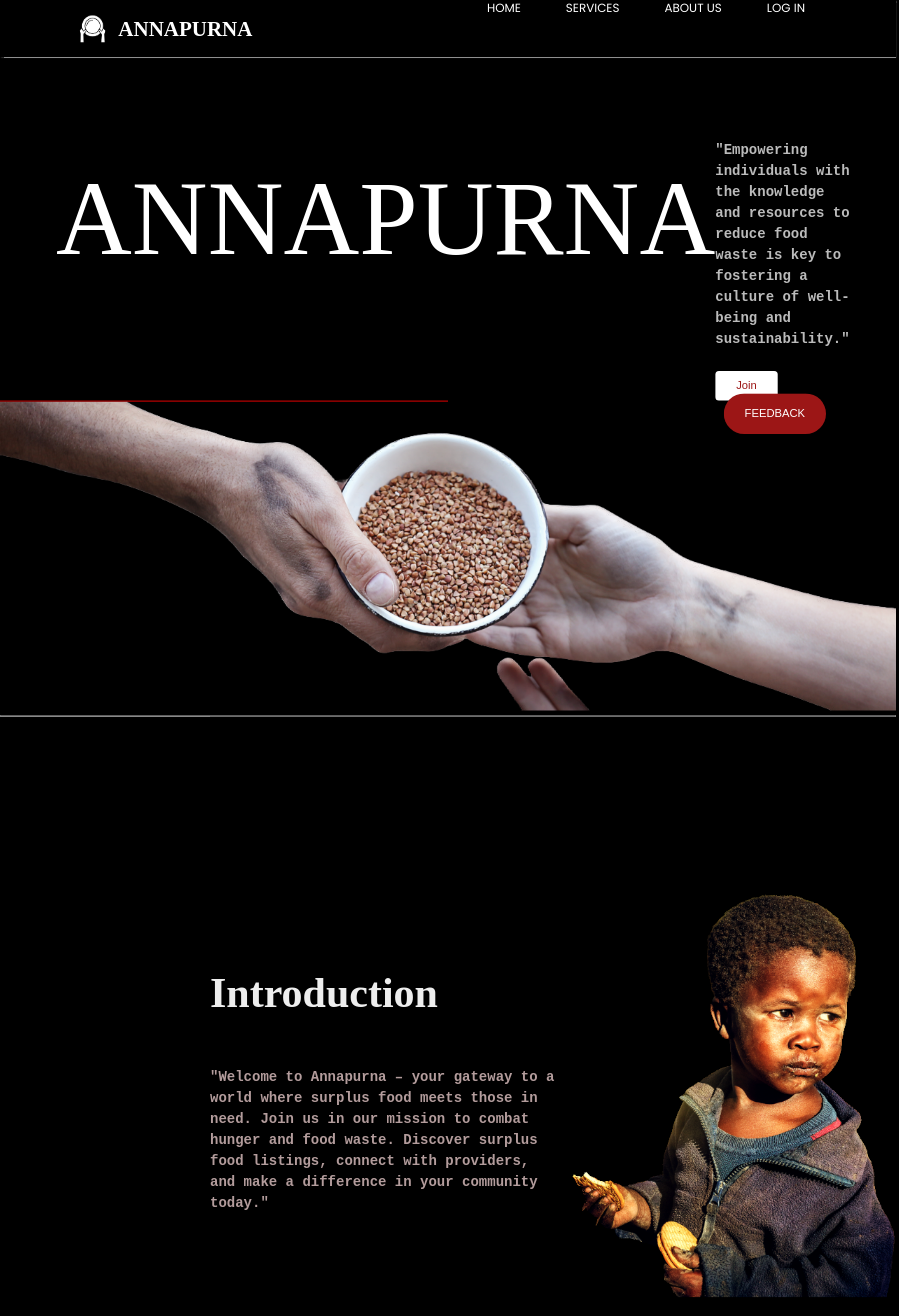
Repository: letscodeshivansh/Annapurna-fullstack-
Page: http://localhost/
An editor plug-in stored every save of this project. The page is shown before and after the next save, followed by the edit.
The browser window is 1280 px wide. The page is 1284 px wide, so the pictures cover 1284 px, including what lies to the right of the window. The pictures show the part of the page from y = 0 to 1880 px (the page is 4659 px tall), at 70% of full size.
Some web fonts or font styles are not loaded; a fallback is used. Some web libraries are served in a nearby version. The page is served by the project's Node server (src/server.js).

Above is the page before, as saved 2024-06-13 18:49:22.

### templates/landing.ejs
<!--<?php
    session_start();


        include("connection.php");
        include("functions.php");

        $user_data = check_login($con);

    ?>-->

    <!DOCTYPE html>
    <html lang="en">
    <head>
        <meta charset="UTF-8">
        <meta name="viewport" content="width=device-width, initial-scale=1.0">
        <title>Annapurna</title>
        <style>
           @font-face {
                font-family: "heading-font";
                src: url('annapurna/Noto_Serif/NotoSerif-VariableFont_wdth,wght.ttf');
            }
        </style>
        <link rel = "stylesheet" href="style.css">
        <script src="https://kit.fontawesome.com/a076d05399.js" crossorigin="anonymous"></script>
        <link rel="stylesheet" href="https://use.fontawesome.com/releases/v5.6.3/css/all.css" integrity="sha384-UHRtZLI+pbxtHCWp1t77Bi1L4ZtiqrqD80Kn4Z8NTSRyMA2Fd33n5dQ8lWUE00s/" crossorigin="anonymous">

    </head>
    <body>

    <!--main landing page-->
        <div class="container4">
            <nav>
                <input type="checkbox" id="check">
                <label for = "check" class="checkbtn">
                    <i class="fas fa-bars" style="cursor: pointer;"></i>
                </label>

                <img src="mainlogo-photoaidcom-invert-removebg-preview.png" alt="" style="height: 64px; width:64px; margin-top: 9px; margin-left: 100px">
                <label class="logo" style="padding-left: 5px; font-family: heading-font; position: fixed;padding-top:19px">ANNAPURNA</label>


                <ul>

                    <li><a href="#">HOME</a></li>
                    <li><a href="#">SERVICES</a></li>
                    <li><a href="aboutus">ABOUT US</a></li>
                    <li><a href="login">LOG IN</a></li>

                </ul>
            </nav>


            <div style="display: flex; justify-content: space-between;">
                <div>

                    <h1 class = "logos" style = "font-family: heading-font;">ANNAPURNA</h1>
                </div>

                <div class="moto" style="padding-top: 200px; padding-bottom: 0px; padding-right: 70px; width: 25%; font-size:20px; color: rgb(187, 187, 187);">
                    <h4 style = "font-family: monospace; ">
                        "Empowering individuals with the knowledge and resources to reduce food waste is key to fostering a culture of well-being and sustainability."
                    </h4>
                    <div><a href="#">
                        <a href="login">
                        <button class = "btn btn-info btn-lg" style="cursor: pointer;">
                            Join
                        </button></a>
                        </a>
                    </div>

                </div>
            </div><hr class="hr1" color="red" />
            <div class = "hands">

                <img src="2.png" style="width: 100%;">
                <hr class="hr2"/>
            </div>

        </<div>


    <!--introduction-->
        <div class="container3" >
            <div class="slide1">

                <div class="intro">
                    <h2 style = "font-family: heading-font;">Introduction</h2>
                    <br>

                    <h4 style = "font-family: monospace; font-size:20px;">"Welcome to Annapurna – your gateway to a world where surplus food meets those in need. Join us in our mission to combat hunger and food waste. Discover surplus food listings, connect with providers, and make a difference in your community today."</h4>
                </div>


                <div class="intropic">

                    <img src = "9-png.png" >
                </div>
            </div>


        </div>
        <hr/>
    <!--About-->
        <div class="container5">
            <div class="slide3" style="background: linear-gradient(454deg, #9574ff, #ff5353);">
                <div class="about">
                    <h2 style = "font-family: heading-font;">
                        ABOUT
                    </h2>
                    <br>
                    <br>
                    <h3 style = "font-family: monospace; font-size:20px;">
                        Annapurna Premium is an innovative platform that revolutionizes the way surplus food is managed, connecting food providers with consumers and donors to combat hunger and food waste. Building upon the success of our standard Annapurna website, Annapurna Premium offers enhanced features and services tailored to meet the diverse needs of our users.
                    </h3>
                    <br>
                    <h3 style = "font-family: monospace; font-size:20px;">
                        Our mission is simple yet profound: to create a world where no one goes hungry and where surplus food is utilized to its fullest potential. With Annapurna Premium, food providers have the opportunity to sell or donate surplus food on a daily or regular basis, empowering them to generate income while making a positive impact on their communities.
                    </h3>
                </div>
            </div>
        </div>

    <!--Our team-->

        <div class="container6">
            <div class="slide4">
                <div class="team">
                    <h2 style = "font-family: heading-font;">
                        OUR TEAM
                    </h2>
                    <br>
                </div>
                <div class="pics">
                    <div class="parth">
                        <img src="parth.jpeg" alt="">
                        <h1 style = "font-family: monospace; font-size:20px;">Parth Sauguny</h1>
                        <p style="font-size: 20px">Project <br>Documentation <br>& Reporting</p>

                    </div>

                    <div class="shivansh">
                        <img src="shivansh.jpg" alt="">
                        <h1 style = "font-family: monospace; font-size:20px;">Shivansh Srivastava</h1>
                        <p style="font-size: 20px">Team <br>Management <br>& Leadership</<p>
                    </div>
                    <div class="sourav">
                        <img src="sotrav1.jpeg" alt="">
                        <h1 style = "font-family: monospace; font-size:20px;">Sourav Kispotta</h1>
                        <p style="font-size: 20px">Technical <br>Oversight &<br> Decision-Making</p>
                    </div>
                </div>
            </div>
        </div>


    <!--footer-->
        <hr>
        <div class="container">
            <footer class="footer">
                <div class="container2">
                    <div class="row">
                        <div class="footer-col">
                            <h4>company</h4>
                            <ul>
                                <li><a href="#">about us</a></li>
                                <li><a href="#">our services</a></li>
                                <li><a href="#">privacy policy</a></li>
                                <li><a href="#">affiliate program</a></li>
                            </ul>
                        </div>
                        <div class="footer-col">
                            <h4>get help</h4>
                            <ul>
                                <li><a href="#">FAQ</a></li>
                                <li><a href="#">shipping</a></li>
                                <li><a href="#">returns</a></li>
                                <li><a href="#">order status</a></li>
                                <li><a href="#">payment options</a></li>
                            </ul>
                        </div>

                        <div class="footer-col">
                            <h4>follow us</h4>
                            <div class="social-links">
                                <a href="#"><i class="fab fa-facebook-f"></i></a>
                                <a href="#"><i class="fab fa-twitter"></i></a>
                                <a href="https://www.instagram.com/annapurna0.official?utm_source=ig_web_button_share_sheet&igsh=ZDNlZDc0MzIxNw=="><i class="fab fa-instagram"></i></a>
                                <a href="#"><i class="fab fa-linkedin-in"></i></a>
                            </div>
                        </div>
                    </div>
                    <div class="tnc" style="color: white;">
                        Terms & Conditions
                    </div>
                </div>

            </footer>
        </div>

    <!--Sticky feedback button-->
        <div class="container7">
            <div class="stickybutton">
                <a href="feedback.html">
                <button class = "btn btn-info btn-lg" style="cursor: pointer; bottom: 50px;">
                    FEEDBACK

                </button>
                </a>
            </div>
        </div>
    </body>
    </html>

### src/mongodb.js
const mongoose = require("mongoose");

// Retrieve MongoDB connection URI from environment variable
const mongoURI = process.env.MONGODB_URI || "mongodb://127.0.0.1:27017/Annapurna";

mongoose.connect(mongoURI, { useNewUrlParser: true, useUnifiedTopology: true })
  .then(() => {
    console.log("MongoDB connected");
  })
  .catch((error) => {
    console.error("MongoDB connection error:", error);
  });

const userSchema = new mongoose.Schema({
  username: {
    type: String,
    required: true,
    unique: true // Ensure username is unique
  },
  password: {
    type: String,
    required: true
  }
});

const foodSchema = new mongoose.Schema({
    title: {
      type: String,
      required: true
    },
    description: {
      type: String,
      required: true
    },
    deadline: {
      type: Date,
      required: true
    },
    price: {
      type: Number,
      required: true // Ensure price is required
    },
    images: [{
      type: String, // Assuming that we will store image URLs as strings
    }],
    feeder: {
      type: String,
      required: true
    }
});

// Create and export the User model
const User = mongoose.model('User', userSchema);
const Food = mongoose.model('Food', foodSchema);

module.exports = { User, Food };

### public/style.css
@import url('https://fonts.googleapis.com/css2?family=Poppins:wght@200;300;400;500;600;700&display=swap');
*{
    padding: 0;
    margin: 0;
    text-decoration: none;
    list-style: none;
    box-sizing: border-box;
    background: rgb(0, 0, 0);
}

body{
    font-family: "Poppins" ;
}
.moto{
    font-size: 80px;
    padding-top: 150px;
    padding-bottom: 0px;
    padding-right: 80px;
    width: 40%;
    color: rgb(187, 187, 187);

}

.moto button{
    background-color: #ffffff; /* Green */
    border: none;
    color: #9c1616;
    padding: 12px 30px;
    text-align: center;
    text-decoration: none;
    display: inline-block;
    font-size: 16px;
    border-radius: 5px;
    margin-top: 30px;

}

.moto h4:hover{
    color: #9c1616;
	margin-left: 20px;
    transition: all 0.5s ease;

}
.moto button:hover{
    color: white;
    background-color: #9c1616;
    margin-left: 20px;
    transition: all 0.5s ease;
}


.logos{
    position: relative;
    font-size:150px;
    color: white;
    font-weight: 450;
    padding-left: 80px;
    padding-bottom: 0;
    padding-top: 200px;

}

.logos:hover{
    position: relative;
    padding-left: 100px;
    transition: all 0.5s ease-in-out;
    color: #666666;
}


nav{
    height: 82px;
    width: 100%;
    box-shadow: 2px 1px 2px #eee;
    position: fixed;

    transition: 0.6s;
    z-index: 100000;

}



nav ul{
    float: right;
    margin-right: 100px;
}

nav ul li{
    display: inline-block;
    line-height:20px;
    margin: 0 15px;
    justify-content: space-between;
    object-fit: contain;
}


nav ul li a{

    color:white;
    font-size: 17px;
    border-radius: 30px;
    padding: 10px 15px;
    text-transform: uppercase;
}

a.active,a:hover{
    color: #b92f2f;
    cursor: pointer;
    background: none;
    padding-right: 20px;
    transition: all 0.5s ease;


}

.checkbtn{
    font-size: 30px;
    color: rgb(255, 255, 255);
    float: right;
    line-height:78px;
    margin-right:40px;
    cursor: pointer;
    display: none;
}
label.logo{
    color: white;
    font-size: 30px;
    padding-top: 25px ;
    position: fixed;
    cursor: pointer;
    font-weight:600;





}
#check{
    display: none;

}
.hr1{
    color: red;
    width: 50%;
    margin-inline-end: 0;
}
.hands:hover{
    padding-left: 15px;
    transition:all 0.5s ease;
}


@media (max-width: 952px){
    label.logo{
        font-size: 30px;
        padding-left: 30px;
    }

    .logos{
        display: none;
    }
    nav ul li a{
        font-size: 16px;
    }
}
@media (max-width: 858px){



    .checkbtn{
        display: block;

    }

    nav{
        height: 78px;
        box-shadow: 2px 1px 2px #eee;
    }
    ul{
        position:fixed;
        width: 100%;
        height: 100vh;
        top: 80px;
        left: -100%;
        text-align: center;
        transition: all 0.5s ease;


    }
    nav ul li{
        display:block;
        margin: 50px 0;
        line-height:30px;


    }
    nav ul li a{
        font-size:20px;

    }
    a:hover,a.active{
        background:none;
        color: #9c1616;
    }

    #check:checked ~ ul{
        left: 0;
    }
}

.intro{

    font-size: 40px;
    padding-top: 350px;
    margin-left: 300px;
    color: rgb(179, 156, 156);
    width: 50%;


}

.intro h2{
    color: #eee;
    font-size: 60px;


}
.intro h4{
    font-size: 25px;
}
.intropic{
    padding-top: 250px;
    padding-bottom: 320px;

}

.container5{
    padding-bottom: 350px;
}
.about h2{
    font-size: 50px;
    color: white;
    padding-left: 300px;

    margin-top: 150px;

}

.about h3{
    color: rgb(179,156,156);
    font-size: 25px;
    padding-left: 300px;
    padding-right: 300px;

}


/*
footer css
*/
@import url('https://fonts.googleapis.com/css2?family=Poppins:wght@300;400;500;600;700&display=swap');
body{
	line-height: 1.5;
	font-family: 'Poppins', sans-serif;

}
*{

	margin:0;
	padding:0;
    background: #000000;
	box-sizing: border-box;

}
.container{
    background: #000000;

}
.container2{
	max-width: 100%;
    padding-left: 80px;
    margin-top: 50px;
    margin-bottom: 80px;


}
.slide1{
    display: flex;
}

.row{
	display: flex;
	flex-wrap: wrap;


}
ul{
	list-style: none;

}
.footer{
	background-color: #000000;


}
.footer-col{
   width: 25%;
   padding: 0px 15px;

}
.footer-col h4{
	font-size: 18px;
	color: #ffffff;
	text-transform: capitalize;
	margin-bottom: 35px;
	font-weight: 500;
	position: relative;

}
.footer-col h4::before{
	content: '';
	position: absolute;
	left:0;
	bottom: -10px;
	background-color: #e91e63;
	height: 2px;
	box-sizing: border-box;
	width: 50px;
}
.footer-col ul li:not(:last-child){
	margin-bottom: 10px;
}
.footer-col ul li a{
	font-size: 16px;
	text-transform: capitalize;
	color: #ffffff;
	text-decoration: none;
	font-weight: 300;
	color: #bbbbbb;
	display: block;
    border-radius: 20px;
	transition: all 0.3s ease;
    padding-bottom: 10px;
}
.footer-col ul li a:hover{
	color: #9c1616;
	padding-left: 8px;
    background: none;

}
.footer-col .social-links a{
	display: inline-block;
	height: 40px;
	width: 40px;
	background-color: rgba(179, 174, 174, 0.2);
	margin:0 10px 10px 0;
	text-align: center;
	line-height: 40px;
	border-radius: 50%;
	color: #ffffff;
	transition: all 0.5s ease;

}
.footer-col .social-links a:hover{
	color: #ffffff;
	background-color: #645f5f;

}

/*responsive*/
@media(max-width: 767px){

    .footer-col{
        width: 50%;
        margin-bottom: 30px;
    }

    .footer{
        position: fixed;
        bottom: 0;

    }



}
@media(max-width: 574px){
    .footer-col{
        width: 100%;
}


}
.stickybutton{
    position: fixed;
    bottom:100px;
    right: 100px;
    background: none;

}
.stickybutton button{
    background-color: #9c1616; /* Green */
    border: none;
    color: #ffffff;
    padding: 20px 30px;
    text-align: center;
    text-decoration: none;
    display: inline-block;
    font-size: 16px;
    border-radius: 30px;
    text-decoration: none;


}

.stickybutton button:hover{
    box-shadow: #e91e63 2px 2px 3px;
    transition: all 0.5s ease;
}
.team{
    color: white;
    text-align: center;
    font-size: 40px;
    padding-top: 0px;
}
.parth img{
    height: 300px;
    width: 300px;
    border-radius: 10px;
}


.shivansh img{
    height: 300px;
    width: 300px;
    border-radius: 10px;
}

.sourav img{
    height: 300px;
    width: 300px;
    border-radius: 10px;

}

.pics {
    display: flex;
    justify-content: space-evenly;
    color: white;
    text-align: center;
    padding-top:100px;

}

.parth h1, .shivansh h1, .sourav h1{
    padding-top: 30px ;
}

.parth img:hover, .shivansh img:hover, .sourav img:hover{
    width: 350px;
    height: 350px;
    transition: all 0.5s ease-in-out;
    box-shadow: #7c7c7c 7px 7px 7px;


}
.jasmin p, .shivansh p, .sourav p{
    padding-top: 25px;
    padding-bottom: 250px;

}

.black-bg h2 {
    text-align: left;
    font-size: 69px;
    margin: 45px 20px;
}

/* Base card styling */
.card {
    display: grid;
    grid-template-columns: repeat(10, 1fr);
    justify-content: space-between;
    align-items: center;
    width: 100%;
    border: 1px solid #ddd;
    padding: 20px;
    box-sizing: border-box;
    transition: box-shadow 0.3s ease;
    margin-bottom: 60px;
    background: linear-gradient(-20deg, #ffffff, #d9d6d396);
    border-radius: 30px;
    box-shadow: 0 0 6px 6px rgba(255, 255, 255, 0.7);
}

.card:hover {
    box-shadow:
        10px 10px 10px rgba(174, 170, 170, 0.2),
        -10px 10px 10px rgba(200, 200, 200, 0.2),
        10px -10px 10px rgba(255, 255, 255, 0.2),
        -10px -10px 10px rgba(215, 215, 215, 0.2);
}

/* Card elements styling */
.card .image {
    grid-column: 1 / 2;
    width: 100px;
    height: 100px;
    border-radius: 50%;
    background: #ffffff;
    background-size: cover;
    background-position: center;
    margin-left: 20%;
    text-align: center;
    padding: 10px;
}

.card .title {
    grid-column: 2 / 4;
    text-align: center;
    padding: 10px;
    font-weight: bold;
    font-size: 25px;
}

.card .description {
    grid-column: 4 / 8;
    text-align: center;
    padding: 10px;
}

.card .deadline {
    grid-column: 8 / 9;
    text-align: center;
    padding: 10px;
    font-weight: bold;
}

.card .price {
    grid-column: 9 / 10;
    text-align: center;
    padding-left: 50%;
    padding-bottom: 8%;
    font-weight: 700;
    font-size: 20px;
}

.card .price {
    font-weight: bold;
}

.card .chat-button {
    grid-column: 10 / 11;
    text-align: center;
    padding-left: 40%;
}

.chat-button {
    display: flex;
    align-items: right;
    color: white;
    cursor: pointer;
    text-align: right;
    text-decoration: none;
}

.chat-button a {
    display: flex;
    align-items: center;
    text-decoration: none;
}

.chat-icon {
    width: 60px;
    height: 60px;
    border-radius: 50%;
}

.edit-button {
    grid-column: 10 / 11;
    border-radius: 5px;
}

.edit-button:hover {
    background-color: rgba(240, 248, 255, 0.718);
    font-weight: 600;
}

/* Responsive styling */
@media (max-width: 1024px) {
    .card {
        grid-template-columns: repeat(8, 1fr);
    }
    .card .title {
        grid-column: 2 / 5;
    }
    .card .description {
        grid-column: 5 / 8;
    }
    .card .deadline {
        grid-column: 8 / 9;
    }
    .card .price {
        grid-column: 9 / 10;
        padding-left: 0;
    }
    .card .chat-button {
        grid-column: 10 / 11;
        padding-left: 0;
    }
}

@media (max-width: 768px) {
    .card {
        grid-template-columns: repeat(4, 1fr);
        text-align: center;
    }
    .card .image {
        grid-column: 1 / -1;
        margin-left: 0;
        width: 70px;
        height: 70px;
    }
    .card .title {
        grid-column: 1 / -1;
        font-size: 20px;
    }
    .card .description {
        grid-column: 1 / -1;
    }
    .card .deadline {
        grid-column: 1 / 3;
    }
    .card .price {
        grid-column: 3 / 4;
        padding-left: 0;
        padding-bottom: 0;
    }
    .card .chat-button {
        grid-column: 4 / 5;
        padding-left: 0;
    }
}

@media (max-width: 480px) {
    .card {
        grid-template-columns: 1fr;
    }
    .card .image,
    .card .title,
    .card .description,
    .card .deadline,
    .card .price,


    .card .chat-button {
        grid-column: 1 / -1;
        padding-left: 2px;
        padding-bottom: 10px;
    }
}

Loaded but not shown: src/server.js (159 lines, source omitted)

After the next save:
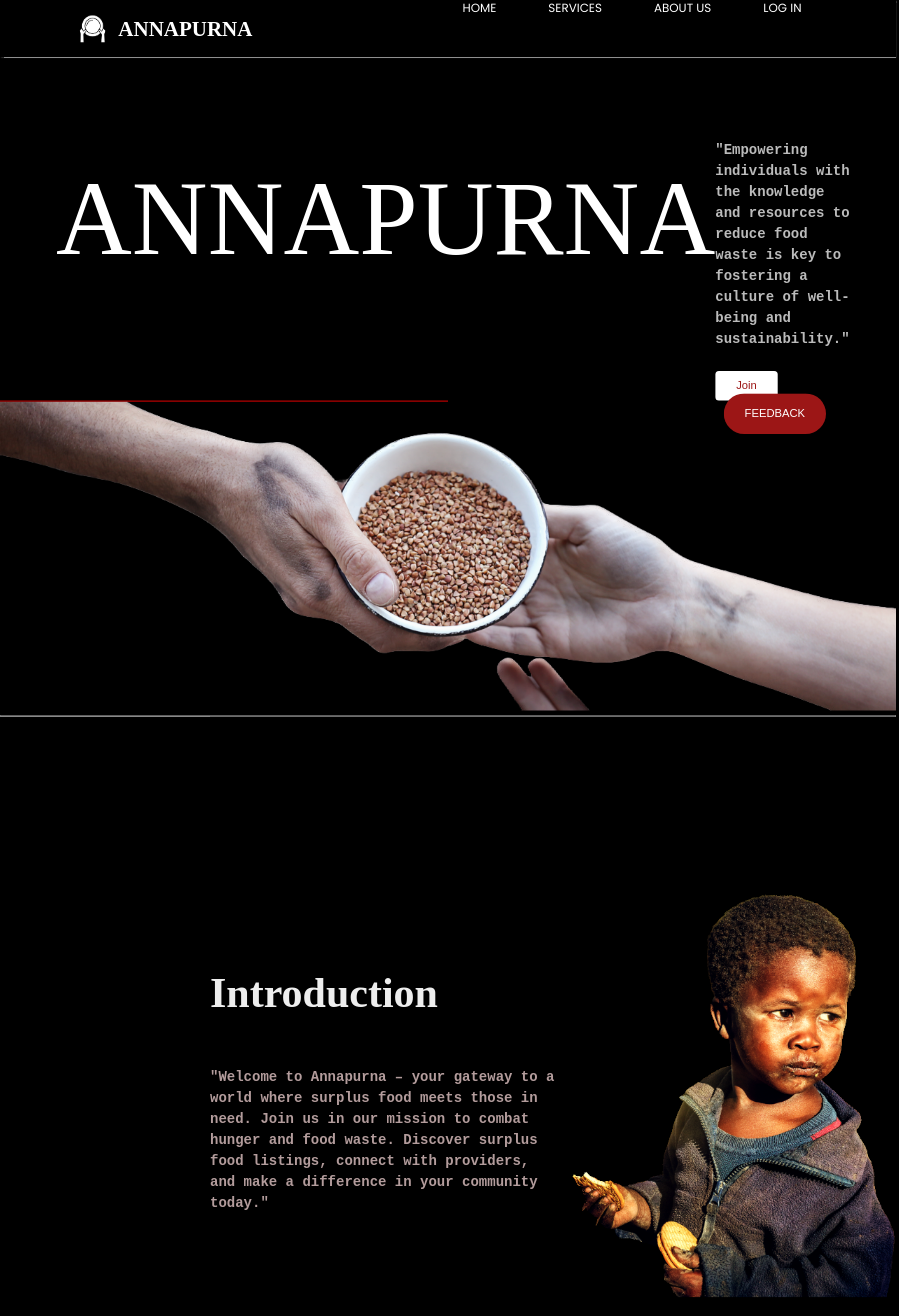
Saved 16 s later.
--- a/public/style.css
+++ b/public/style.css
@@ -89,7 +89,7 @@ nav ul{
 nav ul li{
     display: inline-block;
     line-height:20px;
-    margin: 0 15px;
+    margin: 0 20px;
     justify-content: space-between;
     object-fit: contain;
 }
